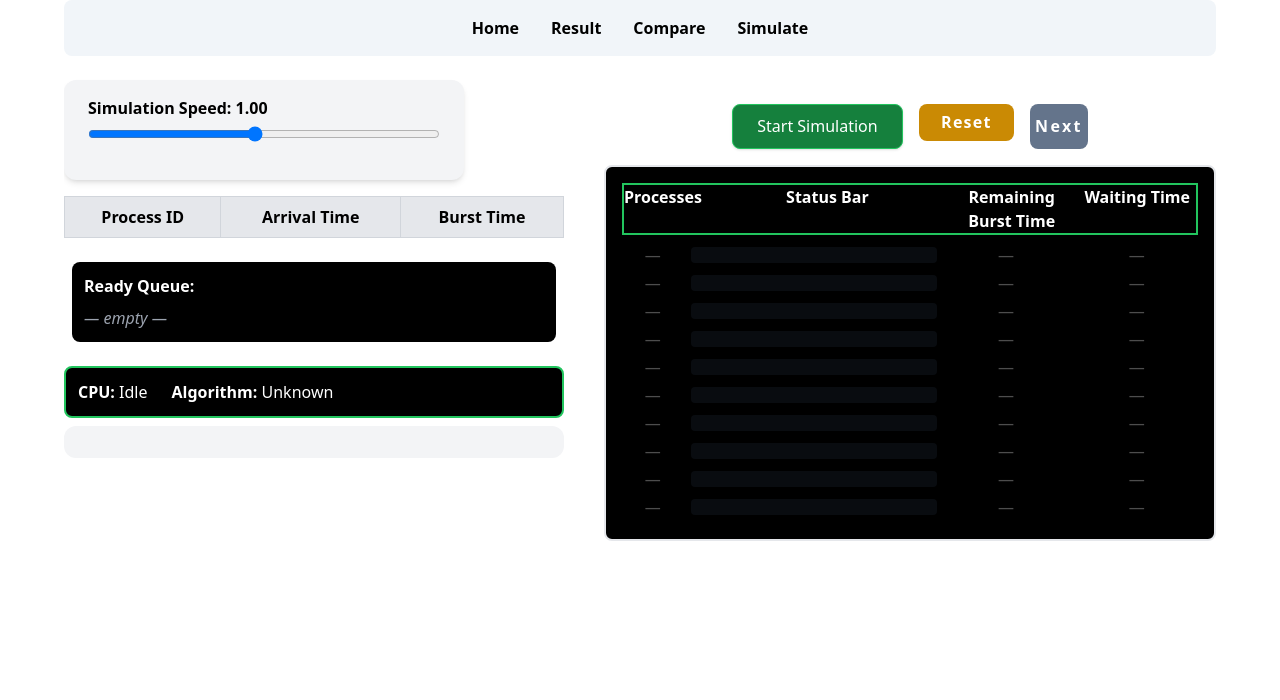
Repository: ujjwalkathait/Process_Scheduler
Page: /simulate
An editor plug-in stored every save of this project. The page is shown before and after the next save, followed by the edit.
The browser window is 1280 px wide. The pictures show the whole page.
The project was rebuilt for these pictures with package versions that can differ from the ones it lists, and the page was loaded fresh each time. Also part of the build but not shown: vite.config.js, src/components/CompareAlgorithmsChart.jsx, src/components/GanttChart.jsx, src/components/GanttChartTable.jsx, src/components/ProcessData.jsx, src/components/ProcessTable.jsx, src/components/PerformanceMetrics.jsx, src/components/SelectAlgorithm.jsx and 3 more.

Above is the page before, as saved 2025-05-18 12:49:42.

After the next save:
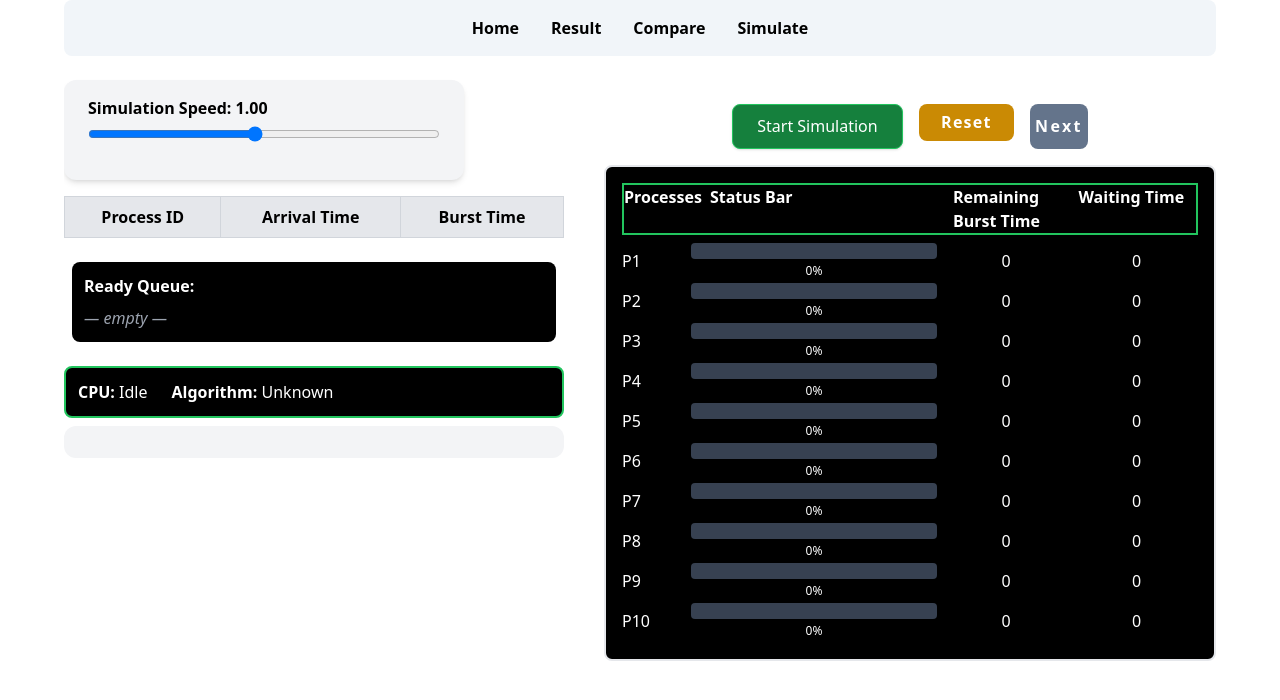
Saved 46 s later.
--- a/src/components/ProcessProgressList.jsx
+++ b/src/components/ProcessProgressList.jsx
@@ -7,6 +7,7 @@ const ProcessProgressList = ({processes}) => {
   if(len < 10) {
     len = 10;
   }
+
 
   const rows = Array.from({ length: len }, (_, i) => {
     const p = processes[i];
@@ -25,47 +26,40 @@ const ProcessProgressList = ({processes}) => {
     <div className="bg-black text-white border-2 rounded-lg p-4 w-full">
       {/* Header Row */}
       <div className="grid grid-cols-[1fr_4fr_2fr_2fr] border-2 border-green-500 gap-2 font-semibold mb-2">
-        <div className='text-center'>Processes</div>
-        <div className='text-center'>Status Bar</div>
-        <div className='text-center'>Remaining Burst Time</div>
-        <div className='text-center'>Waiting Time</div>
+        <div>Processes</div>
+        <div>Status Bar</div>
+        <div>Remaining Burst Time</div>
+        <div>Waiting Time</div>
       </div>
 
       {/* Data Rows */}
-      {rows.map(({ index, progressPct, remaining, waiting }, i) => (
-        processes[i] ? (
-          <div
-            key={index}
-            className="grid grid-cols-[1fr_4fr_2fr_2fr] gap-2 items-center mb-1"
-          >
-            <div className="text-center">P{index}</div>
+      {rows.map(({ index, progressPct, remaining, waiting }) => (
+        <div
+          key={index}
+          className="grid grid-cols-[1fr_4fr_2fr_2fr] gap-2 items-center mb-1"
+        >
+          {/* Index */}
+          <div>P{index}</div>
 
-            <div>
-              <div className="bg-gray-700 rounded h-4 w-full overflow-hidden">
-                <div
-                  className="bg-blue-500 h-4 transition-all duration-300"
-                  style={{ width: `${progressPct}%` }}
-                />
-              </div>
-              <div className="text-xs text-center mt-1">
-                {Math.round(progressPct)}%
-              </div>
+          {/* Progress Bar */}
+          <div>
+            <div className="bg-gray-700 rounded h-4 w-full overflow-hidden">
+              <div
+                className="bg-blue-500 h-4"
+                style={{ width: `${progressPct}%` }}
+              />
             </div>
+            <div className="text-xs text-center mt-1">
+              {Math.round(progressPct)}%
+            </div>
+          </div>
 
-            <div className="text-center">{remaining}</div>
-            <div className="text-center">{waiting}</div>
-          </div>
-        ) : (
-          <div
-            key={index}
-            className="grid grid-cols-[1fr_4fr_2fr_2fr] gap-2 items-center mb-1 opacity-30"
-          >
-            <div className="text-center">—</div>
-            <div className="h-4 bg-gray-800 rounded w-full" />
-            <div className="text-center">—</div>
-            <div className="text-center">—</div>
-          </div>
-        )
+          {/* Remaining Burst */}
+          <div className="text-center">{remaining}</div>
+
+          {/* Waiting Time */}
+          <div className="text-center">{waiting}</div>
+        </div>
       ))}
     </div>
   );
